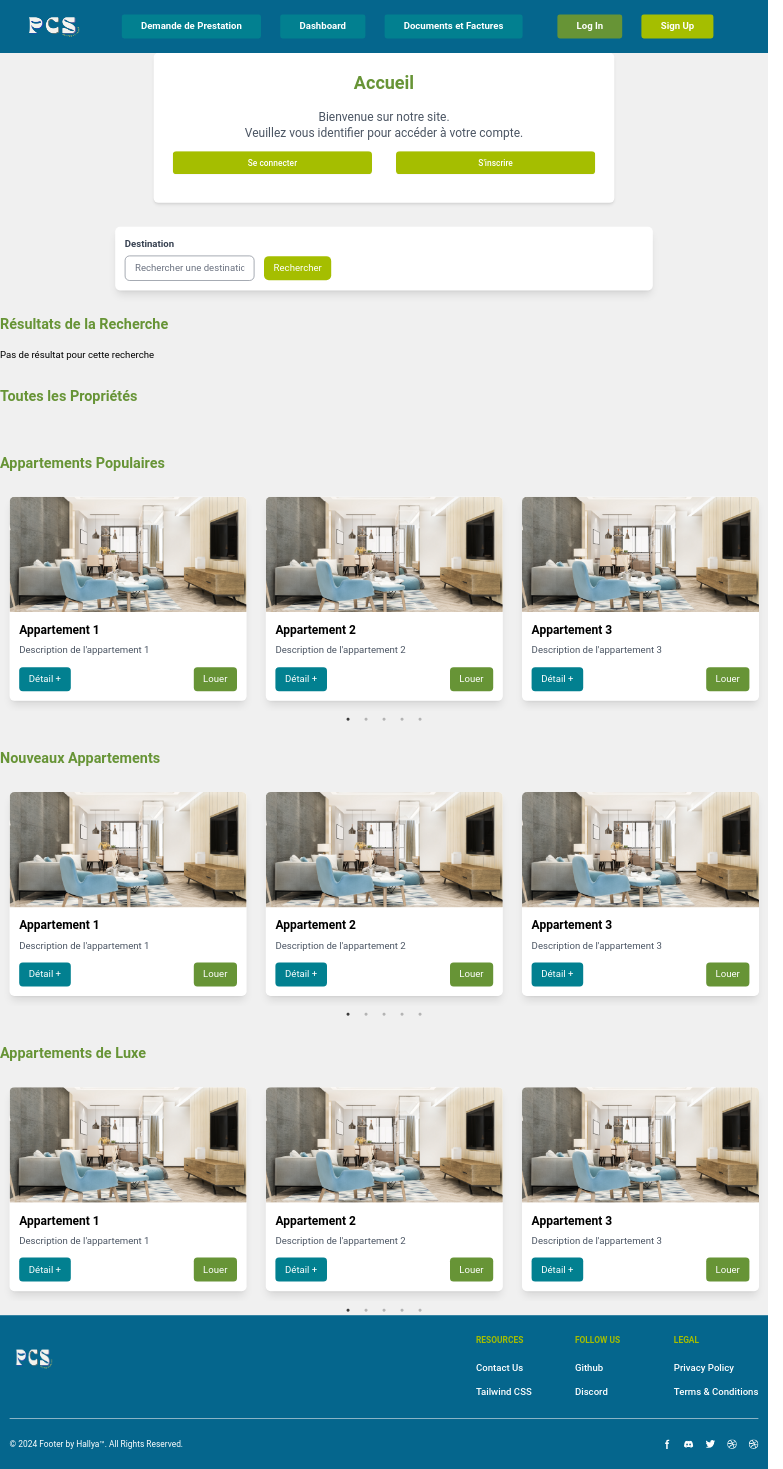
Repository: HATTOUNGBRE/ProjetAnnuel2
Page: / (app in FRONT/)
An editor plug-in stored every save of this project. The page is shown before and after the next save, followed by the edit.
The browser window is 1280 px wide. The page is 1305 px wide, so the pictures cover 1305 px, including what lies to the right of the window. The pictures show the whole page, at 60% of full size.
The page's requests for data from a server got no answer. The project was rebuilt for these pictures with package versions that can differ from the ones it lists, and the page was loaded fresh each time. No one was signed in, and anything a server would have sent is missing. Also part of the build but not shown: FRONT/vite.config.js, FRONT/src/components/PropertyDetails.jsx, FRONT/src/components/Contact.jsx, FRONT/src/components/CatUser.jsx, FRONT/src/components/Login.jsx, FRONT/src/components/prestataire/PrestataireType.jsx, FRONT/src/components/prestataire/PrestataireDetails.jsx, FRONT/src/components/Account.jsx and 16 more.

Above is the page before, as saved 2024-07-03 14:11:24.

### FRONT/src/main.jsx
import React from 'react'
import ReactDOM from 'react-dom/client'
import App from './App.jsx'
import './App.css'
import { AuthProvider } from './components/AuthContext';
import {
  BrowserRouter,
  Route,
  Link
} from "react-router-dom";

ReactDOM.createRoot(document.getElementById('root')).render(
  <React.StrictMode>
    <AuthProvider>
    <App />
    </AuthProvider>
  </React.StrictMode>,
)

### FRONT/src/App.jsx
import React, { useContext, useEffect } from "react";
import './App.css';
import { BrowserRouter as Router, Route, Routes, Navigate } from 'react-router-dom';
import Header from "./components/Header";
import Main from "./components/Main";
import Contact from "./components/Contact";
import Nav from "./components/Nav";
import Footer from "./components/Footer";
import CatUser from "./components/CatUser";
import Login from './components/Login';
import LogOut from "./components/LogOut";
import Account from "./components/Account";
import Inscription from './components/Inscription';
import VoyageurDashboard from './components/dashboard/VoyageurDashboard';
import ProprietaireDashboard from './components/dashboard/ProprietaireDashboard';
import PrestataireDashboard from './components/dashboard/PrestataireDashboard';
import Error400 from './components/Error400';
import AuthContext from './components/AuthContext';
import ProprietairePrestation from "./components/proprio/Prestation";
import ProprietaireReservation from "./components/proprio/ProprietaireReservation";
import PrestataireReservation from "./components/prestataire/PrestataireReservation";
import AddProperty from "./components/proprio/AddProperty";
import CreatePrestation from "./components/proprio/CreatePrestation";
import ReservationForm from "./components/voyageur/ReservationForm";

const ProtectedRoute = ({ element, allowedRole }) => {
    const { isLoggedIn, userRole, loading } = useContext(AuthContext);
    if (loading) {
        return <div>Loading...</div>; // Show loading indicator while fetching user details
    }
    if (!isLoggedIn) {
        return <Navigate to="/login" />;
    }
    return userRole === allowedRole ? element : <Navigate to="/error400" />;
};

function App() {
    const { isLoggedIn, userRole, userId, userName, userSurname, category, loading } = useContext(AuthContext);

    useEffect(() => {
        console.log("UserRole:", userRole);
        console.log("UserId:", userId);
        console.log("UserName:", userName);
        console.log("UserSurname:", userSurname);
        console.log("CategoryUserId:", category);
    }, [userRole, userId, userName, userSurname, category]);

    if (loading) {
        return <div>Loading...</div>; // Show loading indicator while fetching user details
    }

    return (
        <Router>
            <div className="flex flex-col min-h-screen">
            <Header isLoggedIn={isLoggedIn} userRole={userRole} />
            <main className="flex-grow">
                <Routes>
                    <Route exact path="/" element={<Main isLoggedIn={isLoggedIn} userRole={userRole} />} />
                    <Route path="/components/inscription" element={<Inscription />} />
                    <Route path="/components/catUser" element={<CatUser />} />
                    <Route path="/contact" element={<Contact />} />
                    <Route path="/login" element={<Login />} />
                    <Route path={`/${userRole}/Prestation`} element={<ProtectedRoute element={<ProprietairePrestation />} allowedRole="proprietaire" />} />
                    <Route path={`/${userRole}/Reservation`} element={<ProtectedRoute element={userRole === 'proprietaire' ? <ProprietaireReservation /> : <PrestataireReservation />} allowedRole={userRole} />} />
                    <Route path="/components/dashboard/voyageur" element={<ProtectedRoute element={<VoyageurDashboard />} allowedRole="voyageur" />} />
                    <Route path="/components/dashboard/proprietaire" element={<ProtectedRoute element={<ProprietaireDashboard />} allowedRole="proprietaire" />} />
                    <Route path="/components/dashboard/prestataire" element={<ProtectedRoute element={<PrestataireDashboard />} allowedRole="prestataire" />} />
                    <Route path="/components/nav" element={<Nav isLoggedIn={isLoggedIn} userRole={userRole} />} />
                    <Route path="/logout" element={<LogOut />} />
                    <Route path="/account" element={<Account userId={userId} />} />
                    <Route path="/error400" element={<Error400 />} />
                    <Route path="/add-property" element={<ProtectedRoute element={<AddProperty />} allowedRole="proprietaire" />} />
                    <Route path="/create-prestation" element={<ProtectedRoute element={<CreatePrestation />} allowedRole="proprietaire" />} />
                    <Route path="/components/dashboard/proprietaire" element={<ProtectedRoute element={<ProprietaireDashboard />} allowedRole="proprietaire" />} />
                    <Route path="/components/dashboard/prestataire" element={<ProtectedRoute element={<PrestataireDashboard />} allowedRole="prestataire" />} />
                    <Route path="/components/dashboard/voyageur" element={<ProtectedRoute element={<VoyageurDashboard />} allowedRole="voyageur" />} />
                    <Route path="/louer-un-logement" element={<ReservationForm />} />
                    <Route path="/error400" element={<Error400 />} />
                    <Route path="*" element={<Error400 />} />
                </Routes>
            </main>
             <footer className="bg-pcs-200 dark:bg-gray-900 relative bottom-0 ">

            <Footer />
            </footer>
            </div>
        </Router>
    );
}

export default App;

### FRONT/src/App.css
@tailwind base;
@tailwind components;
@tailwind utilities;

html, body {
  height: 100%;
  width: 100%;
  margin: 0;
  padding: 0;
  font-family: 'Roboto', sans-serif;
}


.logo {
  height: 5em;
  width: 7em;
  /* will-change: filter; */
  transition: filter 300ms;
}
.logo:hover {
}
.logo.react:hover {
  filter: drop-shadow(0 0 2em #61dafbaa);
}

@keyframes logo-spin {
  from {
    transform: rotate(0deg);
  }
  to {
    transform: rotate(360deg);
  }
}


.card {
  padding: 2em;
}

.read-the-docs {
  color: #888;
}
footer {
  position: absolute;
  left: 0;
  bottom: 0;
  width: 100%;
}
html, body {
  height: 100%;
  margin: 0;
  padding: 0;

}



footer {

  width: 100%;

}

.property{
  overflow-y: auto;
}

.main-content {
  flex: 1;
  padding: 24px;
  overflow-y: auto;
  display: flex;
  flex-direction: column;
}
.Modal {
  background: white;
  padding: 20px;
  max-width: 800px;
  margin: auto;
  border-radius: 8px;
  outline: none;
}


.Overlay {
  position: fixed;
  top: 0;
  left: 0;
  right: 0;
  bottom: 0;
  background-color: rgba(0, 0, 0, 0.75);
  display: flex;
  align-items: center;
  justify-content: center;
}

### FRONT/src/components/AuthContext.jsx
import React, { createContext, useState, useEffect } from 'react';
import Cookies from 'js-cookie';

const AuthContext = createContext();

export const AuthProvider = ({ children }) => {
  const [isLoggedIn, setIsLoggedIn] = useState(false);
  const [userRole, setUserRole] = useState('');
  const [userId, setUserId] = useState(null);
  const [userName, setUserName] = useState('');
  const [userSurname, setUserSurname] = useState('');
  const [category, setCategoryUserId] = useState(null);
  const [loading, setLoading] = useState(true); // New state for loading

  const fetchUserDetails = async (userId) => {
    try {
      const response = await fetch(`http://localhost:8000/api/user/${userId}`);
      const data = await response.json();

      if (response.ok) {
        setIsLoggedIn(true);
        setUserId(data.id);
        setUserName(data.name);
        setUserSurname(data.surname);
        setCategoryUserId(data.category_user);
        setUserRole(Cookies.get('role')); // Ensure the role is set from the cookie
      } else {
        setIsLoggedIn(false);
        setUserId(null);
        setUserName('');
        setUserSurname('');
        setCategoryUserId(null);
        setUserRole('');
      }
    } catch (error) {
      console.error('Error fetching user details:', error);
    } finally {
      setLoading(false); // Set loading to false once user details are fetched
    }
  };

  useEffect(() => {
    const token = Cookies.get('authToken');
    const storedUserRole = Cookies.get('role');
    const storedUserId = Cookies.get('userId');

    if (token && storedUserId) {
      setIsLoggedIn(true);
      setUserRole(storedUserRole || '');
      fetchUserDetails(storedUserId); // Fetch user details
    } else {
      setLoading(false); // Set loading to false if no token or userId is found
    }
  }, []);

  const login = (token, role, userId, userName, userSurname, category) => {
    Cookies.set('authToken', token, { expires: 1 });
    Cookies.set('role', role, { expires: 1 });
    Cookies.set('userId', userId, { expires: 1 });
    Cookies.set('userName', userName, { expires: 1 });
    Cookies.set('userSurname', userSurname, { expires: 1 });
    Cookies.set('category', category, { expires: 1 });

    setIsLoggedIn(true);
    setUserRole(role);
    setUserId(userId);
    setUserName(userName);
    setUserSurname(userSurname);
    setCategoryUserId(category);
    setLoading(false); // Set loading to false after login
  };

  const logout = () => {
    Cookies.remove('authToken');
    Cookies.remove('role');
    Cookies.remove('userId');
    Cookies.remove('userName');
    Cookies.remove('userSurname');
    Cookies.remove('category');

    setIsLoggedIn(false);
    setUserRole('');
    setUserId(null);
    setUserName('');
    setUserSurname('');
    setCategoryUserId(null);
    setLoading(false); // Set loading to false after logout
  };

  return (
    <AuthContext.Provider value={{ isLoggedIn, userRole, userId, userName, userSurname, category, login, logout, fetchUserDetails, loading }}>
      {children}
    </AuthContext.Provider>
  );
};

export default AuthContext;

### FRONT/src/components/Header.jsx
import { useState, useEffect } from 'react';
import Nav from './Nav';
import { Link } from "react-router-dom";

function Header(props) {
  const { isLoggedIn, userRole } = props;

  return (
    <div>
      <header className="bg-pcs-200 sticky top-0 z-[20]">
        <nav className="bg-pcs-200 border-gray-200 dark:bg-gray-900 w-full">
          <div className="w-full flex flex-wrap items-center justify-around p-1">
            <Link to="/" className="flex items-center space-x-3 rtl:space-x-reverse">
              <img src="/public/images/fullDay.png" className="h-8 logo" alt="PCSLogo" />
            </Link>
            <Nav isLoggedIn={isLoggedIn} userRole={userRole} />
            <button
              data-collapse-toggle="navbar-default"
              type="button"
              className="inline-flex items-center p-2 w-10 h-10 justify-center text-sm text-gray-500 rounded-lg md:hidden focus:outline-none focus:ring-2 focus:ring-gray-200 dark:text-gray-400 dark:focus:ring-gray-600"
              aria-controls="navbar-default"
              aria-expanded="false"
            >
              <span className="sr-only">Open main menu</span>
              <svg
                className="w-5 h-5"
                aria-hidden="true"
                xmlns="http://www.w3.org/2000/svg"
                fill="none"
                viewBox="0 0 17 14"
              >
                <path
                  stroke="currentColor"
                  strokeLinecap="round"
                  strokeLinejoin="round"
                  strokeWidth="2"
                  d="M1 1h15M1 7h15M1 13h15"
                />
              </svg>
            </button>
            <div className="hidden w-full md:block md:w-auto" id="navbar-default"></div>
          </div>
        </nav>
      </header>
    </div>
  );
}

export default Header;

### FRONT/src/components/Nav.jsx
import { Link } from "react-router-dom";

function Nav(props) {
    const { isLoggedIn, userRole } = props;

    console.log('isLoggedIn page NAV:', isLoggedIn);
    return (
        <>
            <div className='flex space-x-8'>
                <Link to={`/${userRole}/Reservation`}>
                    <button className="bg-pcs-250 hover:bg-pcs-300 text-white font-bold py-2 px-8 rounded">
                        Demande de Prestation
                    </button>
                </Link>

                <Link to={`/components/dashboard/${userRole}`}>
                    <button className="bg-pcs-250 hover:bg-pcs-300 text-white font-bold py-2 px-8 rounded">
                        Dashboard
                    </button>
                </Link>

                <Link to={`/${userRole}/Prestation`}>
                    <button className="bg-pcs-250 hover:bg-pcs-300 text-white font-bold py-2 px-8 rounded">
                        Documents et Factures
                    </button>
                </Link>
            </div>
            {isLoggedIn ? (
                <div className='flex space-x-8'>
                    <Link to='/account'>
                        <button className="bg-pcs-400 hover:bg-pcs-700 text-white font-bold py-2 px-8 rounded">
                            Account
                        </button>
                    </Link>
                    <Link to='/logout'>
                        <button className="bg-pcs-300 hover:bg-pcs-600 text-white font-bold py-2 px-8 rounded">
                            Log out
                        </button>
                    </Link>

                </div>
            ) : (
                <div className='flex space-x-8'>
                    <Link to='/components/catuser'>
                        <button className="bg-pcs-400 hover:bg-pcs-700 text-white font-bold py-2 px-8 rounded">
                            Log In
                        </button>
                    </Link>

                    <Link to='/components/Inscription'>
                        <button className="bg-pcs-300 hover:bg-pcs-600 text-white font-bold py-2 px-8 rounded">
                            Sign Up
                        </button>
                    </Link>
                </div>
            )}
        </>
    );
};

export default Nav;

### FRONT/src/components/LogOut.jsx
import React, { useContext, useEffect } from 'react';
import { useNavigate } from 'react-router-dom';
import AuthContext from './AuthContext';

const LogOut = () => {
  const { logout } = useContext(AuthContext);
  const navigate = useNavigate();

  useEffect(() => {
    logout();
    navigate('/');
  }, [logout, navigate]);

  return null;
};

export default LogOut;

### FRONT/src/components/PropertySliderSection.jsx
import React from 'react';
import Slider from 'react-slick';

const PropertySliderSection = ({ title, sliderSettings }) => {
  return (
    <div className="mt-10 w-full mb-6">
      <h2 className="text-2xl font-semibold text-pcs-400 mb-6">{title}</h2>
      <Slider {...sliderSettings}>
        {[1, 2, 3, 4, 5].map(item => (
          <div key={item} className="p-4">
            <div className="bg-white shadow-lg rounded-lg overflow-hidden">
              <img src="http://localhost:8000/uploads/property_photos/default_appart.jpg" alt={`Appartement ${item}`} className="h-48 w-full object-cover" />
              <div className="p-4">
                <h3 className="text-xl font-semibold mb-2">Appartement {item}</h3>
                <p className="text-gray-600 mb-4">Description de l'appartement {item}</p>
                <div className="flex justify-between">
                  <button className="bg-pcs-250 hover:bg-pcs-200 text-white py-2 px-4 rounded-md">Détail +</button>
                  <button className="bg-pcs-400 text-white py-2 px-4 rounded-md">Louer</button>
                </div>
              </div>
            </div>
          </div>
        ))}
      </Slider>
    </div>
  );
};

export default PropertySliderSection;

### FRONT/src/components/PropertyRow.jsx
import React, { useState } from 'react';
import Slider from 'react-slick';
import PropertyDetails from './PropertyDetails';
import { Link } from 'react-router-dom';

const PropertyRow = ({ properties = [], sliderSettings }) => {
  const [selectedProperty, setSelectedProperty] = useState(null);

  return (
    <div className="mt-10 w-full">
      {selectedProperty && (
        <PropertyDetails
          property={selectedProperty}
          onClose={() => setSelectedProperty(null)}
        />
      )}
      <Slider {...sliderSettings}>
        {properties.map(property => (
          <div key={property.id} className="p-4">
            <div className="bg-white shadow-lg rounded-lg overflow-hidden">
              <img src={`http://localhost:8000/uploads/property_photos/${property.image}`} alt={property.name} className="h-48 w-full object-cover" />
              <div className="p-4">
                <h3 className="text-xl font-semibold mb-2">{property.name}</h3>
                <p className="text-gray-600 mb-4">{property.description}</p>
                <p className="text-gray-600 mb-4">{property.commune}</p>
                <p className="text-gray-600 mb-4">{property.price} €/jour</p>
                <div className="flex justify-between">
                <button className="bg-pcs-250 hover:bg-pcs-200 text-white py-2 px-4 rounded-md" onClick={() => setSelectedProperty(property)}>Détail +</button>

                  <Link to={`/louer-un-logement?id=${property.id}`} className="bg-pcs-400 text-white py-2 px-4 rounded-md">
                    Louer
                  </Link>
                </div>
              </div>
            </div>
          </div>
        ))}
      </Slider>
    </div>
  );
};

export default PropertyRow;

Loaded but not shown: FRONT/index.html (common file); FRONT/tailwind.config.js (26 lines, source omitted); FRONT/src/components/Main.jsx (212 lines, source omitted); FRONT/src/components/Footer.jsx (90 lines, source omitted)

After the next save:
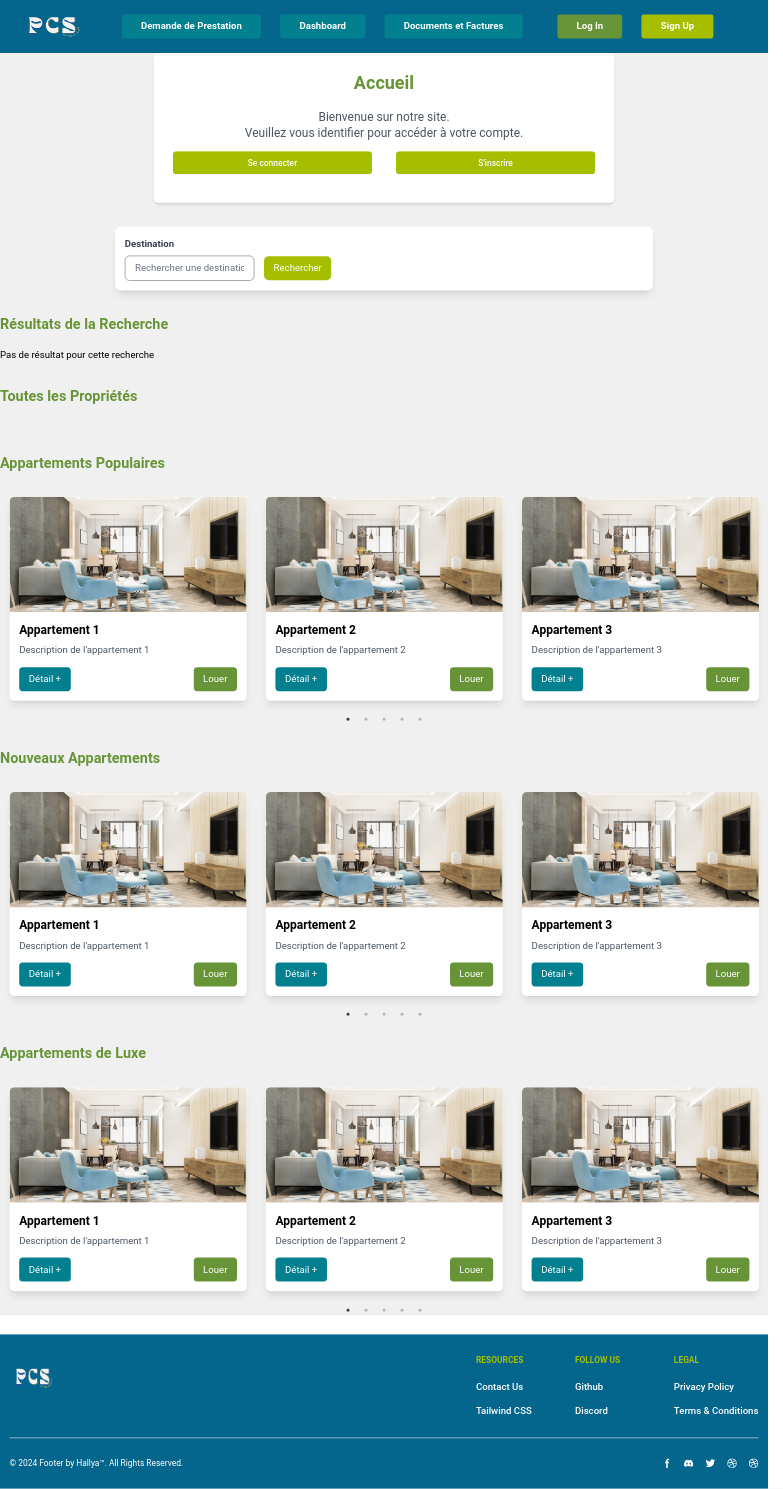
Saved 43 s later.
--- a/FRONT/src/App.css
+++ b/FRONT/src/App.css
@@ -45,6 +45,7 @@ footer {
   left: 0;
   bottom: 0;
   width: 100%;
+  margin-top: 2em;
 }
 html, body {
   height: 100%;
